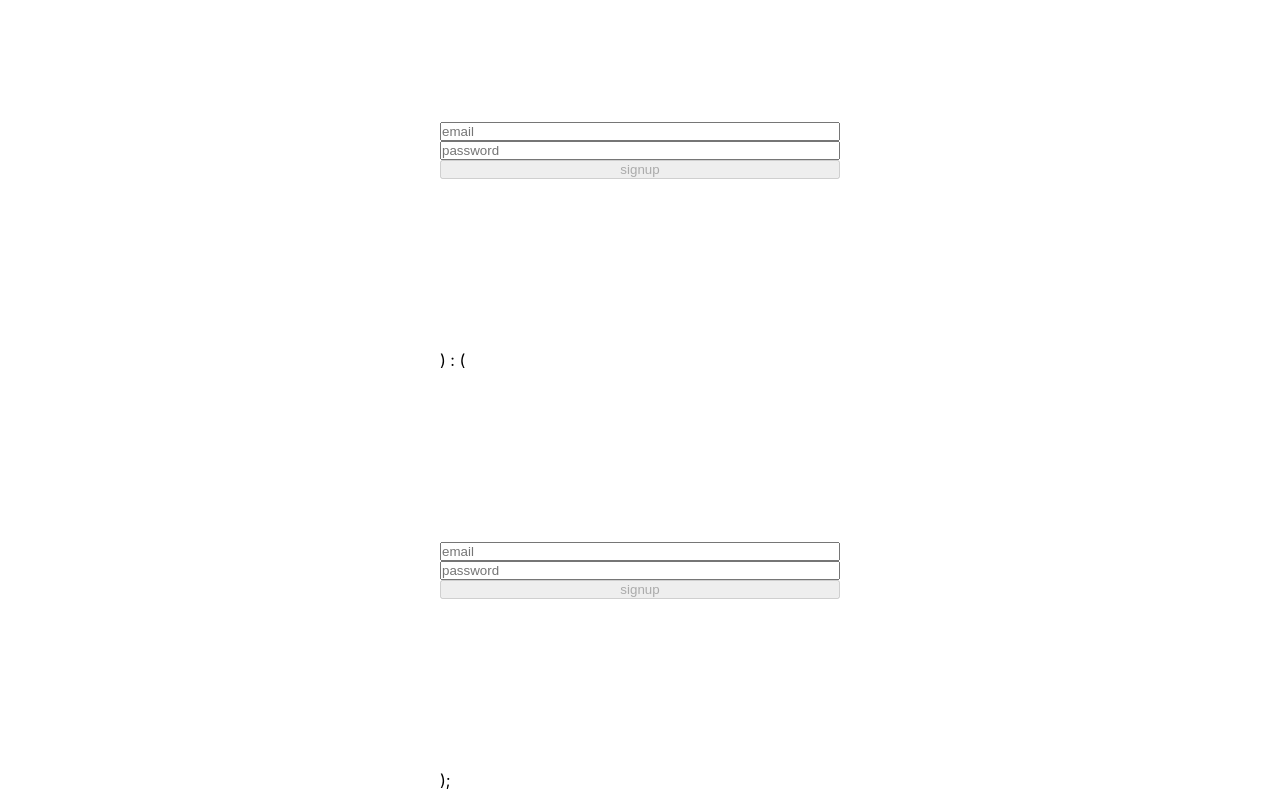
Repository: SeungYn/wanted-pre-onboarding-frontend
Page: /signup
These files come from the project's save history. The page is drawn as it stood at one moment and after a run of saves; the edit follows.
The browser window is 1280 px wide. The pictures show the whole page.
The project was rebuilt for these pictures with package versions that can differ from the ones it lists, and the page was loaded fresh each time.

Above is the page before, as saved 2023-01-30 21:56:55.

### public/index.html
<!DOCTYPE html>
<html lang="en">
  <head>
    <meta charset="utf-8" />
    <link rel="icon" href="%PUBLIC_URL%/favicon.ico" />
    <meta name="viewport" content="width=device-width, initial-scale=1" />

    <title>React App</title>
  </head>
  <body>
    <div id="root"></div>
  </body>
</html>

### src/index.js
import React from 'react';
import ReactDOM from 'react-dom/client';
import './index.css';
import App from './App';
import { RouterProvider } from 'react-router-dom';
import { router } from './router';

const root = ReactDOM.createRoot(document.getElementById('root'));
root.render(
  <React.StrictMode>
    <RouterProvider router={router} />
  </React.StrictMode>
);

### src/index.css
body {
  margin: 0;
  font-family: -apple-system, BlinkMacSystemFont, 'Segoe UI', 'Roboto', 'Oxygen',
    'Ubuntu', 'Cantarell', 'Fira Sans', 'Droid Sans', 'Helvetica Neue',
    sans-serif;
  -webkit-font-smoothing: antialiased;
  -moz-osx-font-smoothing: grayscale;
}

code {
  font-family: source-code-pro, Menlo, Monaco, Consolas, 'Courier New',
    monospace;
}

* {
  box-sizing: border-box;
  margin: 0;
  padding: 0;
}
#root {
  width: 100vw;
  height: 100vh;
}

### src/App.js
import { Outlet } from 'react-router-dom';
import './App.css';
import ServiceProvider from './context/ServiceContext';

function App() {
  return (
    <ServiceProvider>
      <div className='App'>
        <Outlet />
      </div>
    </ServiceProvider>
  );
}

export default App;

### src/router.jsx
import { createBrowserRouter } from 'react-router-dom';
import App from './App';
import AuthPage from './pages/AuthPage';

export const router = createBrowserRouter([
  {
    path: '/',
    element: <App />,
    errorElement: <>notFound</>,
    children: [
      {
        path: 'todo',
        element: <>todo</>,
      },
      {
        path: 'signup',
        element: <AuthPage />,
      },
      {
        path: 'signin',
        element: <AuthPage />,
      },
    ],
  },
]);

### src/App.css
.App {
  width: 100%;
  height: 100%;
  display: flex;
  align-items: center;
  justify-content: center;
}

### src/context/ServiceContext.jsx
import { createContext, useContext } from 'react';
import TokenStorage from '../db/tokenStorage';
import { Http } from '../network/http';
import { AuthService } from '../service/authService';

const http = new Http('https://pre-onboarding-selection-task.shop');
const tokenStorage = new TokenStorage();
const authService = new AuthService(http);
const ServiceContext = createContext({ authService });
console.log(ServiceContext);
export default function ServiceProvider({ children }) {
  return (
    <ServiceContext.Provider value={{ authService }}>
      {children}
    </ServiceContext.Provider>
  );
}

export function useService() {
  return useContext(ServiceContext);
}

### src/pages/AuthPage.jsx
import AuthLoginContainer from '../components/auth/AuthContainer';

export default function AuthPage() {
  return <AuthLoginContainer />;
}

### src/db/tokenStorage.js
const TOKEN = 'token';
export default class TokenStorage {
  saveToken(token) {
    localStorage.setItem(TOKEN, token);
  }
  getToken() {
    return localStorage.getItem(TOKEN);
  }
  clearToken() {
    localStorage.clear();
  }
}

### src/network/http.js
import axios from 'axios';

export class Http {
  #client;
  constructor(baseURL) {
    console.log('httpinstance');
    this.#client = axios.create({
      baseURL,
      timeout: 3000,
    });
  }

  async fetch(url, options) {
    const { headers, method, body } = options;

    const request = {
      url,
      method,
      headers: {
        ...headers,
        'Content-Type': 'application/json',
      },
      data: body,
    };

    try {
      const res = await this.#client(request);
      return res.data;
    } catch (e) {
      if (e.response) {
        const message = e.response.data?.message;
        if (message) throw new Error(message);
      }
      throw new Error('connection Error');
    }
  }
}

### src/service/authService.js
export class AuthService {
  #http;
  #tokenStorage;
  constructor(http, tokenStorage) {
    this.#http = http;
    this.#tokenStorage = tokenStorage;
  }

  async login({ email, password }) {
    console.log(email, password);

    return await this.#http.fetch('/auth/signin', {
      method: 'POST',
      body: JSON.stringify({
        email,
        password,
      }),
    });
  }

  async signup({ email, password }) {
    console.log(email, password);

    return await this.#http.fetch('/auth/signup', {
      method: 'POST',
      body: JSON.stringify({
        email,
        password,
      }),
    });
  }
}

### src/components/auth/AuthContainer.jsx
import React from 'react';
import { useLocation } from 'react-router-dom';
import { useService } from '../../context/ServiceContext';
import useForm from '../../hooks/useForm';
import useAuth from '../../hooks/useAuth';
import AuthForm from './authForm/AuthForm';

export default function AuthContainer() {
  const location = useLocation();
  const type = location.pathname === '/signin' ? 'signin' : 'signup';
  const { authService } = useService();
  const { signIn, signUp } = useAuth(authService);
  const { authForm, onChange, resetForm } = useForm();

  return (
    <section>
      type === 'signup' ? (
      <AuthForm
        type={type}
        handleSubmit={signUp}
        authForm={authForm}
        onChange={onChange}
        resetForm={resetForm}
      />
      ) : (
      <AuthForm
        type={type}
        handleSubmit={signIn}
        authForm={authForm}
        onChange={onChange}
        resetForm={resetForm}
      />
      );
    </section>
  );
}

### src/hooks/useForm.jsx
import { useState } from 'react';
const init = {
  email: '',
  password: '',
  emailValidation: false,
  passwordValidation: false,
};
export default function useForm() {
  const [authForm, setAuthForm] = useState({
    ...init,
  });

  const onChange = (e) => {
    const { name, value } = e.target;
    switch (name) {
      case 'email':
        // 이메일 유효성 검사
        const valid = value.includes('@');
        if (valid) setAuthForm((form) => ({ ...form, emailValidation: true }));
        else setAuthForm((form) => ({ ...form, emailValidation: false }));

        return setAuthForm((form) => ({ ...form, email: value }));
      case 'password':
        // 비밀번호 유효성 검사
        if (value.length >= 8)
          setAuthForm((form) => ({ ...form, passwordValidation: true }));
        else setAuthForm((form) => ({ ...form, passwordValidation: false }));

        return setAuthForm((form) => ({ ...form, password: value }));
      default:
        return;
    }
  };

  const resetForm = () => {
    setAuthForm({ ...init });
  };
  return { authForm, onChange, resetForm };
}

### src/hooks/useAuth.jsx
import { useNavigate } from 'react-router-dom';

export default function useAuth(authService, tokenStorage) {
  const location = useNavigate();
  const signIn = async ({ email, password }) => {
    authService
      .login({ email, password })
      .then((data) => {
        tokenStorage.saveToken(data.access_token);
      })
      .catch((e) => alert(e.message));
  };

  const signUp = async ({ email, password }) => {
    authService
      .signup({ email, password })
      .then((data) => {
        location('/signin');
      })
      .catch((e) => alert(e.message));
  };

  return { signIn, signUp };
}

### src/components/auth/authForm/AuthForm.jsx
import { useEffect, useState } from 'react';
import styles from './AuthForm.module.css';
export default function AuthForm({ onSubmit, type }) {
  const [authForm, setAuthForm] = useState({
    email: '',
    password: '',
    emailValidation: false,
    passwordValidation: false,
  });

  const onChange = (e) => {
    const { name, value } = e.target;
    switch (name) {
      case 'email':
        // 이메일 유효성 검사
        const valid = value.includes('@');
        if (valid) setAuthForm((form) => ({ ...form, emailValidation: true }));
        else setAuthForm((form) => ({ ...form, emailValidation: false }));

        return setAuthForm((form) => ({ ...form, email: value }));
      case 'password':
        // 비밀번호 유효성 검사
        if (value.length >= 8)
          setAuthForm((form) => ({ ...form, passwordValidation: true }));
        else setAuthForm((form) => ({ ...form, passwordValidation: false }));

        return setAuthForm((form) => ({ ...form, password: value }));
      default:
        return;
    }
  };

  return (
    <form className={styles.form}>
      <input
        className={styles.input}
        type='email'
        name='email'
        data-testid='email-input'
        value={authForm.email}
        placeholder='email'
        onChange={onChange}
      />
      <input
        className={styles.input}
        type='password'
        name='password'
        data-testid='password-input'
        value={authForm.password}
        placeholder='password'
        onChange={onChange}
      />
      <button
        className={styles.button}
        data-testid='signup-button'
        disabled={!authForm.emailValidation || !authForm.passwordValidation}
      >
        {type}
      </button>
    </form>
  );
}

### src/components/auth/authForm/authForm.module.css
.form {
  position: relative;
  display: flex;
  flex-direction: column;
  justify-content: center;
  width: 400px;
  height: 400px;
}

After the next 2 saves:
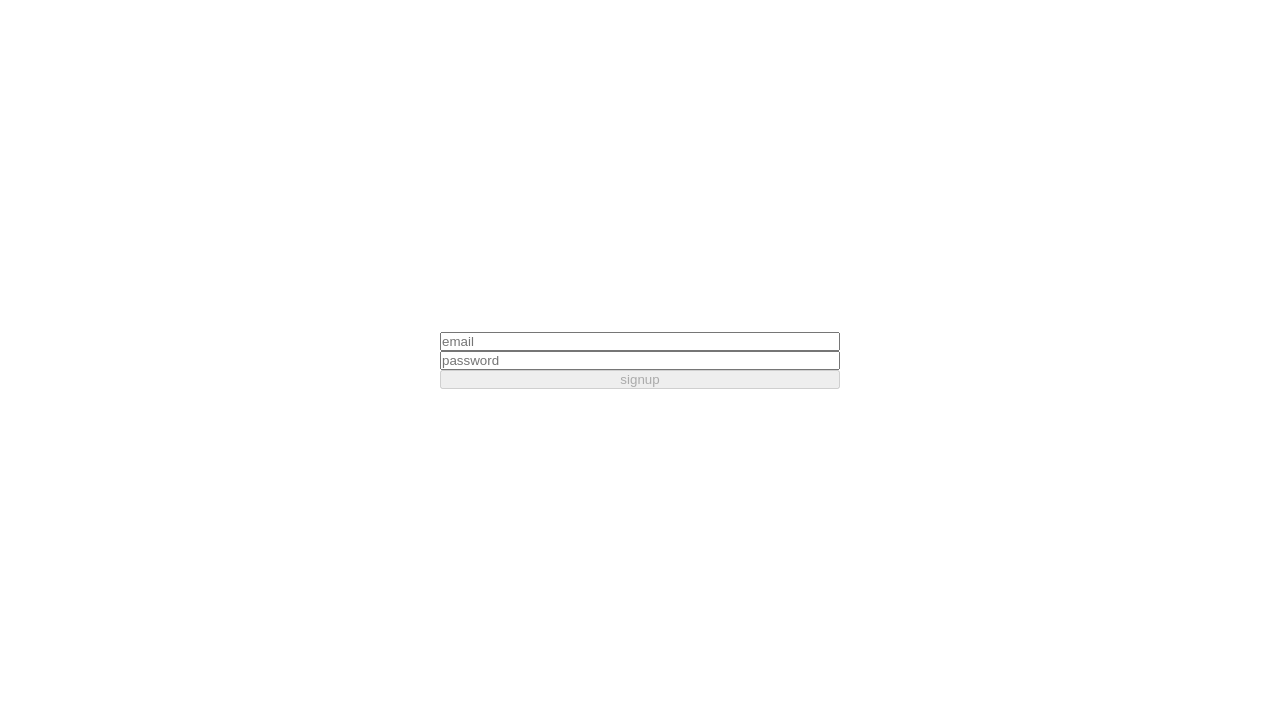
The 2 saves are shown as one change because 1 did not build or start.
The last was saved 9 s later.
--- a/src/components/auth/AuthContainer.jsx
+++ b/src/components/auth/AuthContainer.jsx
@@ -14,23 +14,23 @@ export default function AuthContainer() {
 
   return (
     <section>
-      type === 'signup' ? (
-      <AuthForm
-        type={type}
-        handleSubmit={signUp}
-        authForm={authForm}
-        onChange={onChange}
-        resetForm={resetForm}
-      />
+      {type === 'signup' ? (
+        <AuthForm
+          type={type}
+          handleSubmit={signUp}
+          authForm={authForm}
+          onChange={onChange}
+          resetForm={resetForm}
+        />
       ) : (
-      <AuthForm
-        type={type}
-        handleSubmit={signIn}
-        authForm={authForm}
-        onChange={onChange}
-        resetForm={resetForm}
-      />
-      );
+        <AuthForm
+          type={type}
+          handleSubmit={signIn}
+          authForm={authForm}
+          onChange={onChange}
+          resetForm={resetForm}
+        />
+      )}
     </section>
   );
 }
